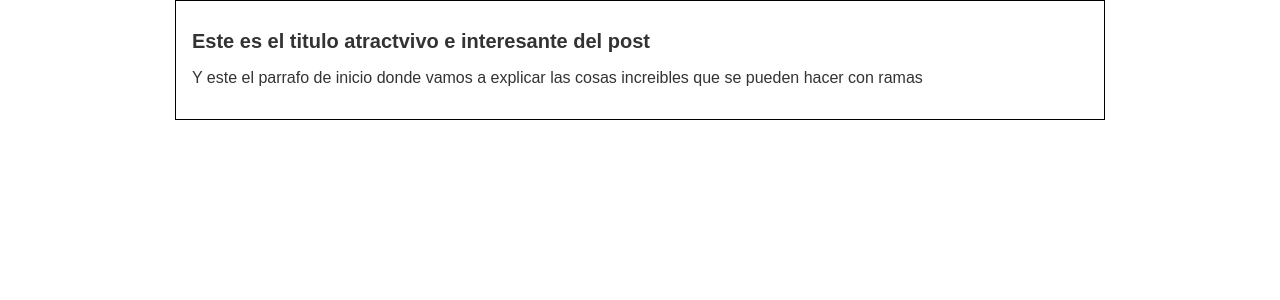
Repository: Areinomora/hiperblog
Page: blogpost.html
These files come from the project's save history. The page is drawn as it stood at one moment and after the next save; the edit follows.
The browser window is 1280 px wide. The pictures show the whole page.

Above is the page before, as saved 2022-12-21 15:53:05.

After the next save:
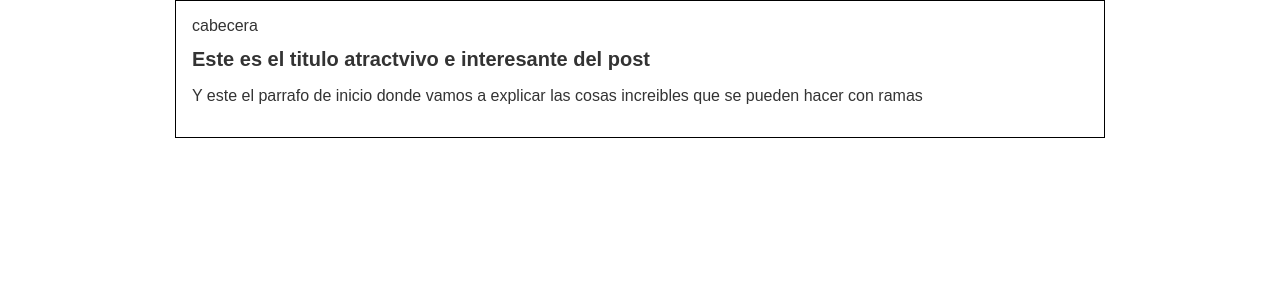
Saved 4 h 27 min later.
--- a/blogpost.html
+++ b/blogpost.html
@@ -9,6 +9,9 @@
     </head>
     <body>
         <div id="container">
+            <div id="cabecera">
+                cabecera
+            </div>
             <div id="post">
                 <h1>Este es el titulo atractvivo e interesante del post</h1>
                 <p>Y este el parrafo de inicio donde vamos a explicar las cosas increibles
